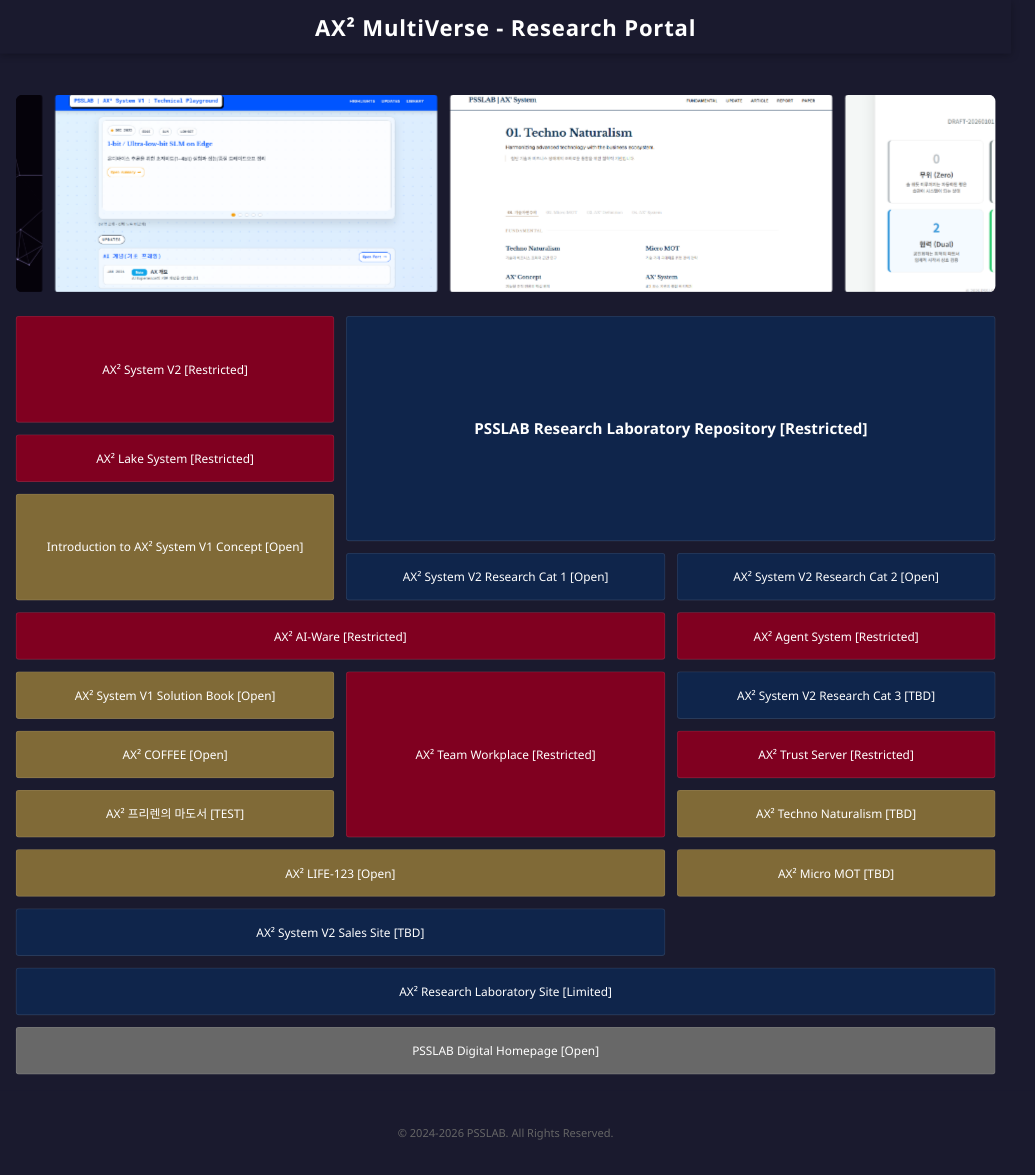
Repository: hycse89/PSSLAB_OpenSite
Page: psslab_multiverse_v3.html
These files come from the project's save history. The page is drawn as it stood at one moment and after a run of saves; the edit follows.
The browser window is 1280 px wide. The page is 1310 px wide, so the pictures cover 1310 px, including what lies to the right of the window. The pictures show the whole page, at 79% of full size.

Above is the page before, as saved 2026-01-11 21:27:44.

### psslab_multiverse_v3.html
<!DOCTYPE html>
<html lang="en">
<head>
    <meta charset="UTF-8">
    <meta name="viewport" content="width=device-width, initial-scale=1.0">
    <title>PSSLAB MultiVerse Campus - Mondrian Edition</title>

    <link rel="icon" type="image/png" href="favicon.png">

    <style>
        /* General Page Styles */
        body {
            margin: 0;
            background-color: #1a1a2e;
            font-family: 'Segoe UI', Arial, sans-serif;
            display: flex;
            flex-direction: column;
            align-items: center;
            min-height: 100vh;
            color: #ffffff;
        }

        /* Fixed Header */
        .header {
            position: fixed;
            top: 0;
            left: 0;
            width: 100%;
            background-color: #1a1a2e;
            color: #ffffff;
            z-index: 1000;
            padding: 15px 0;
            box-shadow: 0 2px 10px rgba(0,0,0,0.3);
        }

        .header h1 {
            font-size: 28px;
            margin: 0;
            text-align: center;
            letter-spacing: 1px;
        }

        /* Main content container */
        .main-content {
            margin-top: 100px;
            width: 100%;
            max-width: 1400px;
            display: flex;
            flex-direction: column;
            align-items: center;
            padding: 20px;
            box-sizing: border-box;
        }

        /* Image Slider Container */
        .slider-container {
            width: 100%;
            overflow: hidden;
            margin-bottom: 30px;
            border-radius: 8px;
        }

        .slider-wrapper {
            display: flex;
            width: calc(500px * 13);
            animation: scroll 60s linear infinite;
        }

        .slider-image {
            width: 500px;
            height: 250px;
            flex-shrink: 0;
            padding: 0 8px;
            box-sizing: border-box;
        }

        .slider-image img {
            width: 100%;
            height: 100%;
            object-fit: cover;
            border-radius: 4px;
        }

        @keyframes scroll {
            0% { transform: translateX(0); }
            100% { transform: translateX(calc(-500px * 11)); }
        }

        /* --- Mondrian Grid Layout System --- */
        .link-container {
            display: grid;
            /* 최소 너비 350px 확보 */
            grid-template-columns: repeat(auto-fill, minmax(350px, 1fr));
            /* 60px 단위의 눈금 설정 */
            grid-auto-rows: 60px;
            gap: 15px;
            width: 100%;
            /* 빈 공간을 최적으로 메워주는 설정 */
            grid-auto-flow: dense;
        }

        /* Link Button Base Style */
        .link-button {
            display: flex;
            align-items: center;
            justify-content: center;
            padding: 20px;
            font-size: 15px;
            color: white;
            text-decoration: none;
            border-radius: 4px;
            transition: all 0.3s cubic-bezier(0.25, 0.8, 0.25, 1);
            text-align: center;
            box-sizing: border-box;
            line-height: 1.4;
            border: 1px solid rgba(255,255,255,0.1);
        }

        .link-button:hover {
            transform: scale(1.01);
            filter: brightness(1.2);
            box-shadow: 0 5px 15px rgba(0,0,0,0.3);
            z-index: 2;
        }

        /* --- Mondrian Size Classes (Proportional) --- */
        /* 가로 비중 */
        .w-1 { grid-column: span 1; }
        .w-2 { grid-column: span 2; }
        .w-3 { grid-column: span 3; }

        /* 세로 비중 (60px의 배수) */
        .h-1 { grid-row: span 1; } /* 120px + gap */
        .h-2 { grid-row: span 2; } /* 240px + gap */
        .h-3 { grid-row: span 3; } /* 360px + gap */

        /* 특수 크기: 제목 강조형 */
        .size-hero { grid-column: span 2; grid-row: span 4; font-size: 1.2rem; font-weight: bold; }

        /* Button Colors */
        .color-1 { background-color: #0F254B; }
        .color-2 { background-color: #800020; }
        .color-3 { background-color: #806a37; }
        .color-4 { background-color: #2b2b2b; }
        .color-5 { background-color: #686868; }

        footer {
            width: 100%;
            padding: 30px;
            text-align: center;
            background-color: #1a1a2e;
            color: #666;
            font-size: 14px;
        }

        /* Responsive */
        @media (max-width: 768px) {
            .link-container { grid-template-columns: 1fr; }
            .w-2, .h-2, .h-3, .size-hero { grid-column: span 1; grid-row: span 2; }
        }
    </style>
</head>
<body>

    <header class="header">
        <h1>AX² MultiVerse - Research Portal</h1>
    </header>

    <main class="main-content">
        <div class="slider-container">
            <div class="slider-wrapper">
                <div class="slider-image"><img src="./images/Image2.png" alt="2"></div>
                <div class="slider-image"><img src="./images/Image21.png" alt="21"></div>
                <div class="slider-image"><img src="./images/Image22.png" alt="22"></div>
                <div class="slider-image"><img src="./images/Image31.png" alt="31"></div>
                <div class="slider-image"><img src="./images/Image32.png" alt="32"></div>
                <div class="slider-image"><img src="./images/Image11.png" alt="11"></div>
                <div class="slider-image"><img src="./images/Image3.png" alt="3"></div>
                <div class="slider-image"><img src="./images/Image4.png" alt="4"></div>
                <div class="slider-image"><img src="./images/Image5.png" alt="5"></div>
                <div class="slider-image"><img src="./images/Image1.png" alt="1"></div>
                <div class="slider-image"><img src="./images/Image2.png" alt="2"></div>
            </div>
        </div>

        <div class="link-container">
            <a href="http://localhost:8008" class="link-button color-2 h-2">AX² System V2 [Restricted]</a>

            <a href="https://github.com/hycse89" class="link-button color-1 size-hero">PSSLAB Research Laboratory Repository [Restricted]</a>

            <a href="http://localhost:8004" class="link-button color-2 h-1">AX² Lake System [Restricted]</a>

            <a href="ax2_v1_concept/ax2_homepage.html" class="link-button color-3 h-2">Introduction to AX² System V1 Concept [Open]</a>

            <a href="ax2_v1_20260101/index.html" class="link-button color-1 h-1">AX² System V2 Research Cat 1 [Open]</a>

            <a href="http://localhost:8002" class="link-button color-2 w-2 h-1">AX² AI-Ware [Restricted]</a>

            <a href="ax2_v2_20260101/index.html" class="link-button color-1 h-1">AX² System V2 Research Cat 2 [Open]</a>

            <a href="http://localhost:8003" class="link-button color-2 h-1">AX² Agent System [Restricted]</a>

            <a href="ax2_v1_concept/solution_book/index.html" class="link-button color-3 h-1">AX² System V1 Solution Book [Open]</a>

            <a href="http://localhost:8007" class="link-button color-2 h-3">AX² Team Workplace [Restricted]</a>

            <a href="http://localhost:8001/ax_site/ax2_life_123/index.html" class="link-button color-3 w-2 h-1">AX² LIFE-123 [Open]</a>

            <a href="ax2_v3_20260101/index.html" class="link-button color-1 h-1">AX² System V2 Research Cat 3 [TBD]</a>

            <a href="http://localhost:8001/ax_site/ax2_coffee/index.html" class="link-button color-3 h-1">AX² COFFEE [Open]</a>

            <a href="http://localhost:8005" class="link-button color-2 h-1">AX² Trust Server [Restricted]</a>

            <a href="ax2_sales/index.html" class="link-button color-1 w-2 h-1">AX² System V2 Sales Site [TBD]</a>

            <a href="http://localhost:8001/ax_site/ax2_frieren/index.html" class="link-button color-3 h-1">AX² 프리렌의 마도서 [TEST]</a>

            <a href="http://localhost:8001/utils/markdown_viewer.html?file=/ax_research/doc/doc_ax_techno_naturalism_v5.md" class="link-button color-3 h-1">AX² Techno Naturalism [TBD]</a>

            <a href="http://localhost:8001/utils/markdown_viewer.html?file=/ax_research/doc/doc_ax_micro_mot_v2.md" class="link-button color-3 h-1">AX² Micro MOT [TBD]</a>

            <a href="https://hycse89.github.io/PSSLAB_OpenSite/ax2_research_lab/" class="link-button color-1 w-3 h-1">AX² Research Laboratory Site [Limited]</a>

            <a href="http://www.psslab.co.kr" class="link-button color-5 w-3 h-1">PSSLAB Digital Homepage [Open]</a>
        </div>
    </main>

    <footer>
        <p>&copy; 2024-2026 PSSLAB. All Rights Reserved.</p>
    </footer>

</body>
</html>

After the next 2 saves:
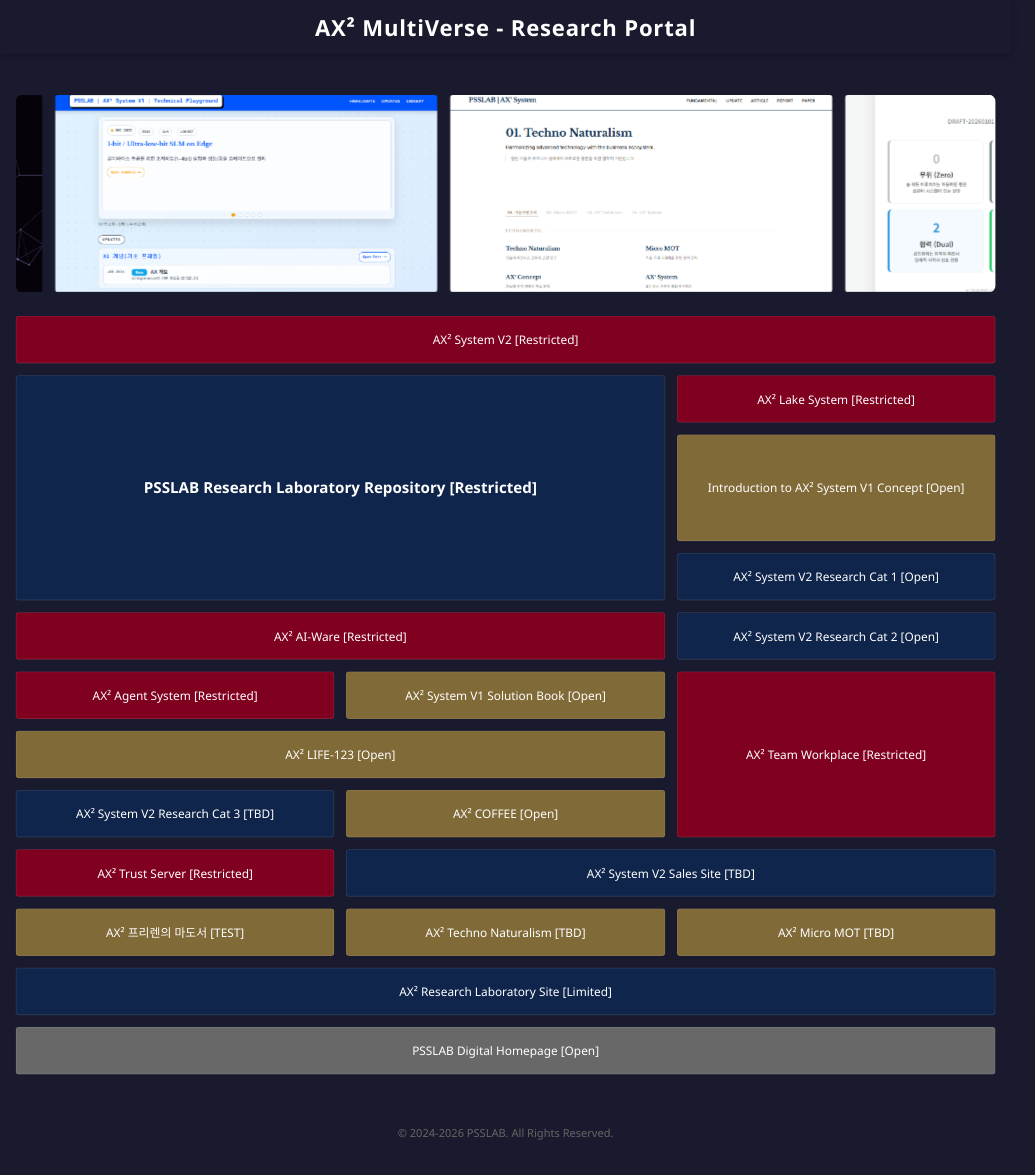
The 2 saves are shown as one change because they came seconds apart.
The last was saved 8 s later.
--- a/psslab_multiverse_v3.html
+++ b/psslab_multiverse_v3.html
@@ -184,7 +184,7 @@
         </div>
 
         <div class="link-container">
-            <a href="http://localhost:8008" class="link-button color-2 h-2">AX² System V2 [Restricted]</a>
+            <a href="http://localhost:8008" class="link-button color-2 w-3 h-1">AX² System V2 [Restricted]</a>
 
             <a href="https://github.com/hycse89" class="link-button color-1 size-hero">PSSLAB Research Laboratory Repository [Restricted]</a>
 
